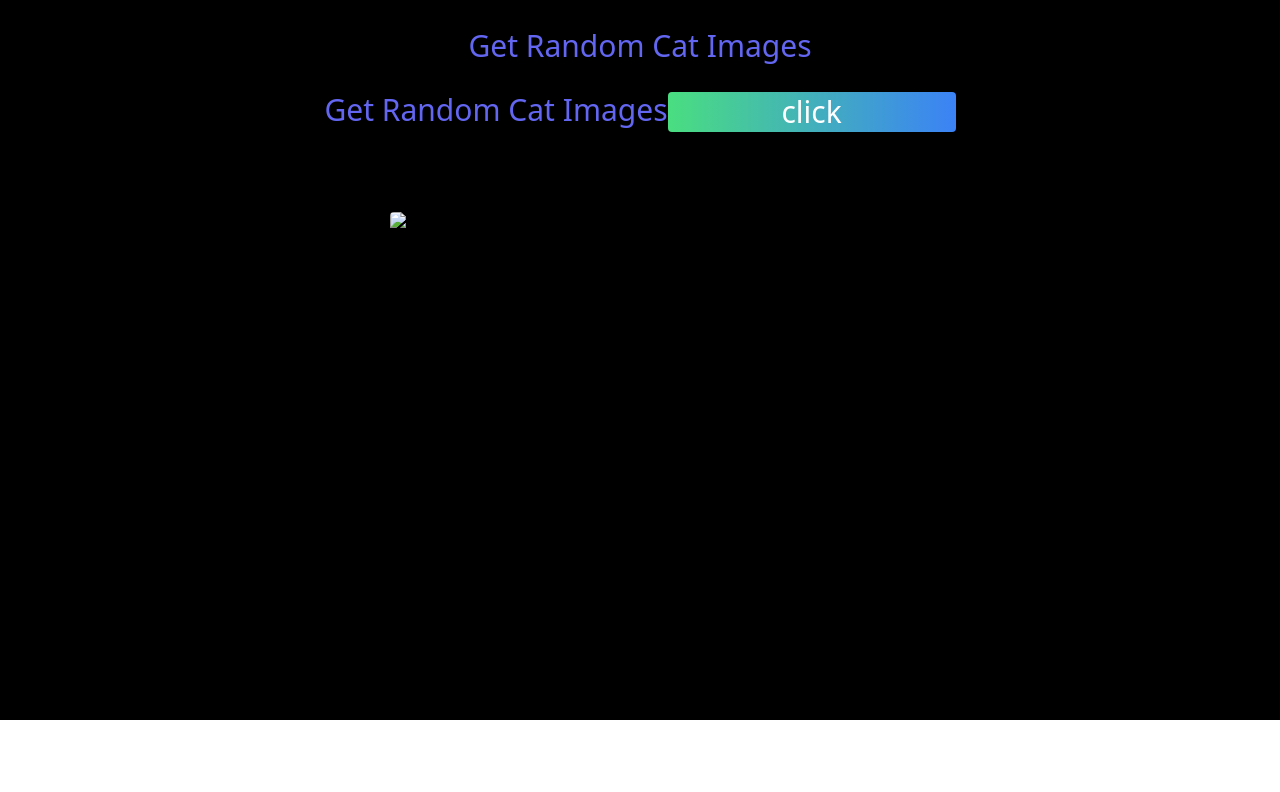
Repository: tentaciones/catMemeGenerator
Page: /
The author's editor kept a copy of each file at every save. The page is drawn from the files as they stood at one save, then again after the next save.
The browser window is 1280 px wide. The pictures show the whole page.
The page's requests for data from a server got no answer. Some web fonts or font styles are not loaded; a fallback is used. The project was rebuilt for these pictures with package versions that can differ from the ones it lists, and the page was loaded fresh each time. No one was signed in, and anything a server would have sent is missing. Also part of the build but not shown: src/components/Navbar.jsx, src/components/Header.jsx, src/components/Post.jsx, src/components/Sidebar.jsx, src/pages/home.jsx.

Above is the page before, as saved 2022-07-07 19:59:24.

After the next save:
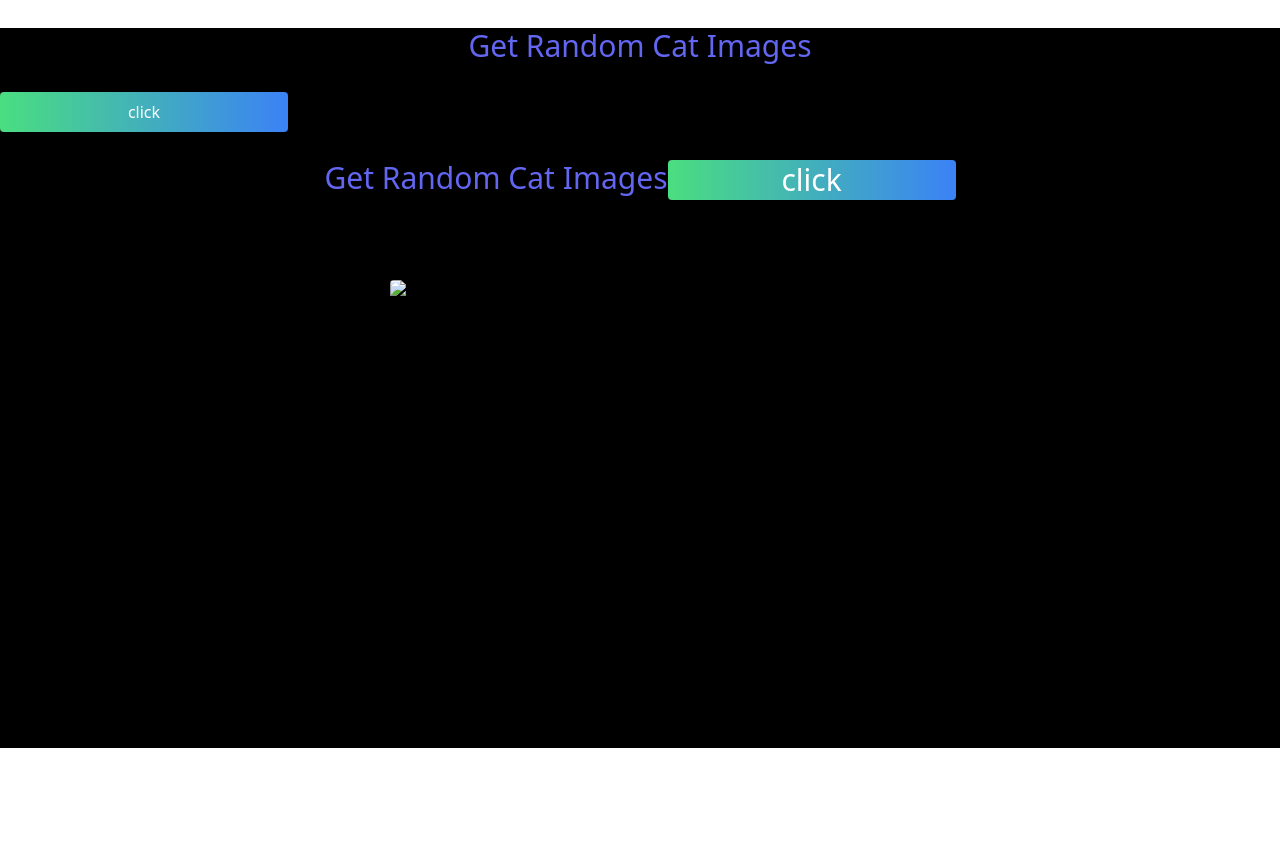
Saved 72 s later.
--- a/src/pages/Generator.jsx
+++ b/src/pages/Generator.jsx
@@ -23,9 +23,15 @@
 
   return (
     <div className="bg-black h-screen">
-      <div className="flex text-indigo-500 text-3xl justify-center">
-        <div className="mt-7">Get Random Cat Images</div>
+      <div className="flex text-indigo-500 text-3xl justify-center mt-7">
+        Get Random Cat Images
       </div>
+      <button
+        onClick={getCat}
+        className="bg-gradient-to-r from-green-400 to-blue-500 hover:from-pink-500 hover:to-yellow-500 text-white w-72 h-10 rounded mt-7"
+      >
+        click
+      </button>
       <div className="hidden md:flex justify-center text-indigo-500 text-3xl">
         <div className="mt-7">Get Random Cat Images</div>
         <button
